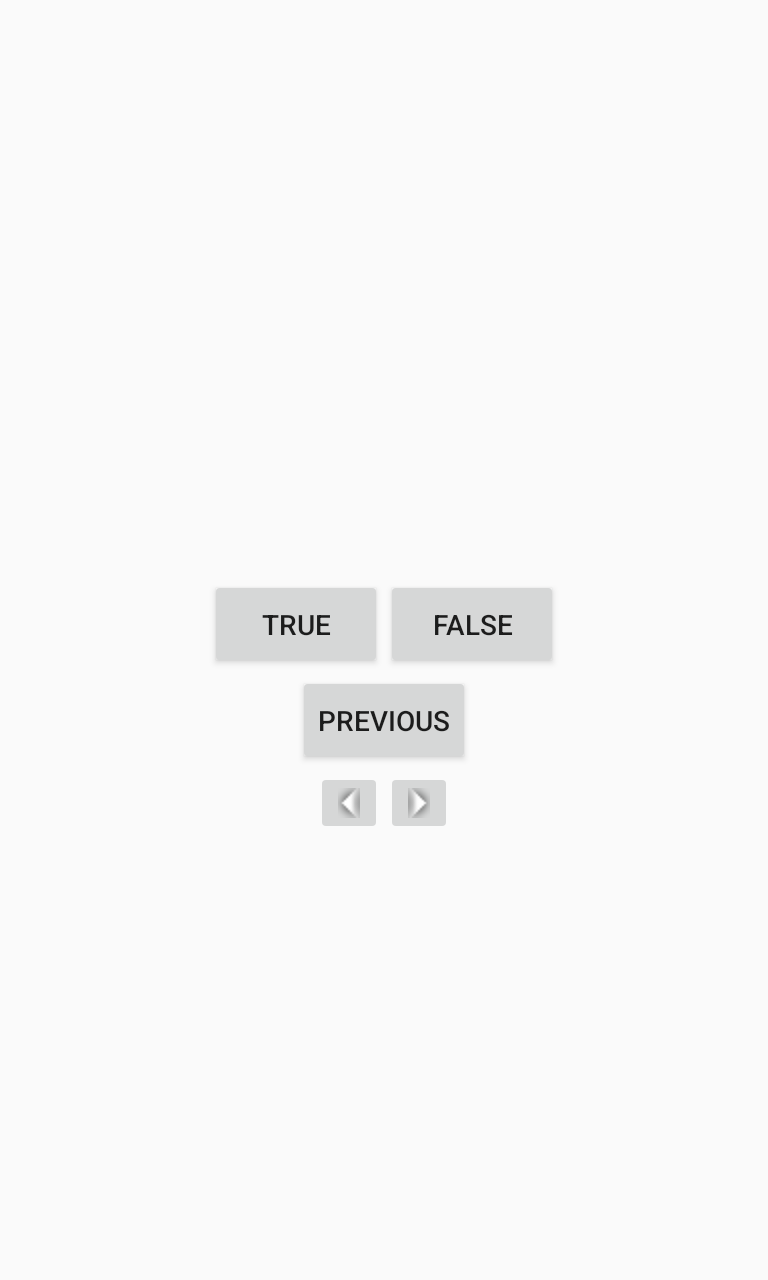
Repository: DaleJulian/AndroidTraining
Layout: GeoQuiz/res/layout/activity_quiz.xml
An editor plug-in stored every save of this project. The layout is shown before and after the next save, followed by the edit.
It is drawn on a 768 x 1280 px phone screen (xhdpi) without system bars, with theme AppTheme; the app's code is not run.

Above is the layout before, as saved 2015-05-26 04:16:45.

### GeoQuiz/res/layout/activity_quiz.xml
<LinearLayout xmlns:android="http://schemas.android.com/apk/res/android"
	android:layout_width="match_parent"
	android:layout_height="match_parent"
	android:gravity="center"
	android:orientation="vertical" >

    <TextView
        android:id="@+id/question_text_view"
        android:layout_width="wrap_content"
        android:layout_height="wrap_content"
        android:padding="24dp"
    />

	<LinearLayout
		android:layout_width="wrap_content"
		android:layout_height="wrap_content"
		android:orientation="horizontal" >
		<Button
			android:id="@+id/true_button"
			android:layout_width="wrap_content"
			android:layout_height="wrap_content"
			android:text="@string/button_true" />
		<Button
		    android:id="@+id/false_button"
			android:layout_width="wrap_content"
			android:layout_height="wrap_content"
			android:text="@string/button_false" />
	</LinearLayout>

	<LinearLayout
	    android:layout_width="wrap_content"
	    android:layout_height="wrap_content"
	    android:orientation="horizontal">

		<Button
		    android:id="@+id/prev_button"
		    android:layout_width="wrap_content"
		    android:layout_height="wrap_content"
		    android:text="@string/button_previous"
		    android:padding="4dp"
		    />

	</LinearLayout>


	<LinearLayout
	    android:layout_width="wrap_content"
	    android:layout_height="wrap_content"
		android:orientation="horizontal" >

		<ImageButton
		    android:id="@+id/prev_button_mini"
		    android:layout_width="wrap_content"
		    android:layout_height="wrap_content"
		    android:src="@drawable/arrow_left" />

		<ImageButton
		    android:id="@+id/next_button_mini"
		    android:layout_width="wrap_content"
		    android:layout_height="wrap_content"
		    android:src="@drawable/arrow_right" />

	</LinearLayout>

</LinearLayout>

### GeoQuiz/res/values/strings.xml
<?xml version="1.0" encoding="utf-8"?>
<resources>

    <string name="app_name">GeoQuiz</string>
    <string name="question_text">Constantinople is the largest city in Turkey</string>
    <string name="button_true">True</string>
    <string name="button_false">False</string>
    <string name="correct_toast">Correct!</string>
    <string name="incorrect_toast">Incorrect!</string>
    <string name="action_settings">Settings</string>
    <string name="button_next">Next</string>
    <string name="button_previous">Previous</string>
	<string name="question_oceans">The Pacific Ocean is larger than the Atlantic Ocean.</string>
	<string name="question_mideast">The Suez Canal connects the Red Sea and the Indian Ocean.</string>
	<string name="question_africa">The source of the Nile River is in Egypt. </string>
	<string name="question_americas">The Amazon River is the longest river in America.</string>
	<string name="question_asia">Lake Baikal is the world\'s oldest and deepest freshwater lake.</string>

</resources>

Loaded but not shown: GeoQuiz/res/values/styles.xml (common file); GeoQuiz/res/values-v11/styles.xml (common file); GeoQuiz/res/values-v14/styles.xml (common file)

After the next save:
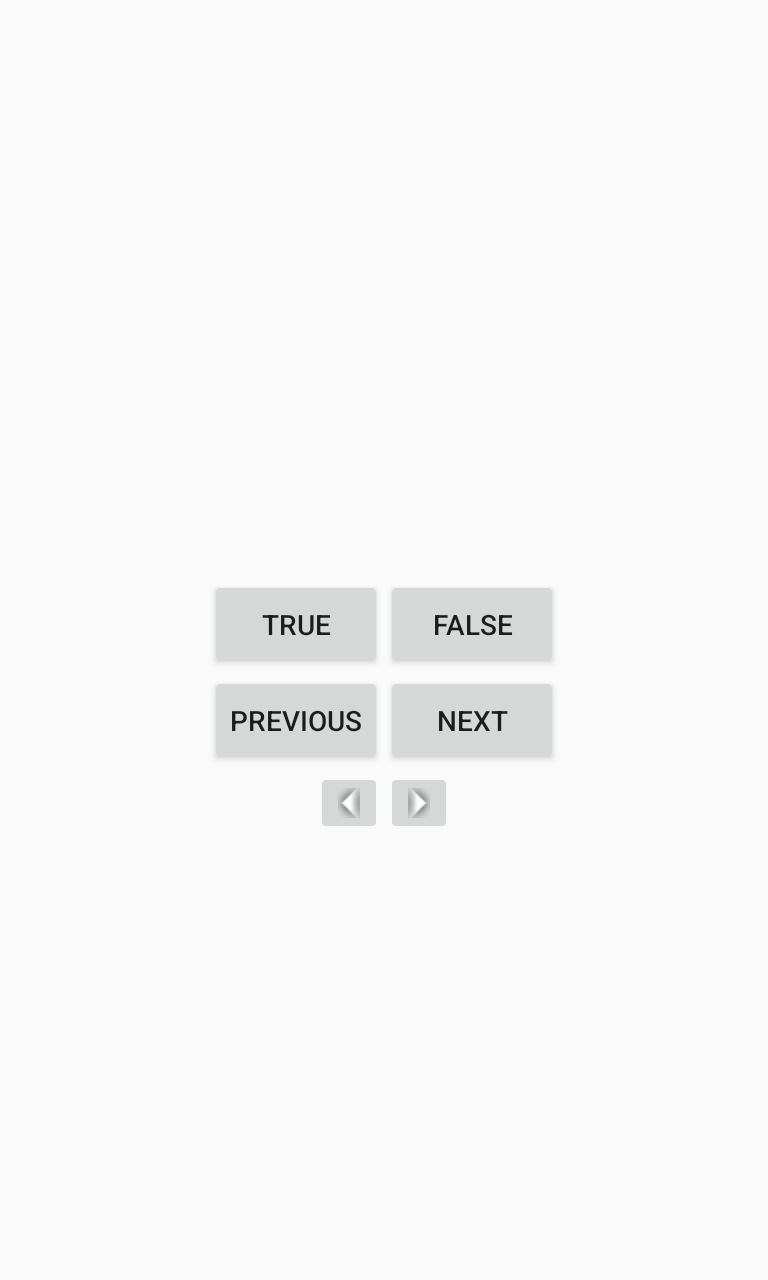
Saved 18 s later.
--- a/GeoQuiz/res/layout/activity_quiz.xml
+++ b/GeoQuiz/res/layout/activity_quiz.xml
@@ -39,6 +39,13 @@
 		    android:text="@string/button_previous"
 		    android:padding="4dp"
 		    />
+		<Button
+		    android:id="@+id/prev_button"
+		    android:layout_width="wrap_content"
+		    android:layout_height="wrap_content"
+		    android:text="@string/button_next"
+		    android:padding="4dp"
+		    />
 
 	</LinearLayout>
 
